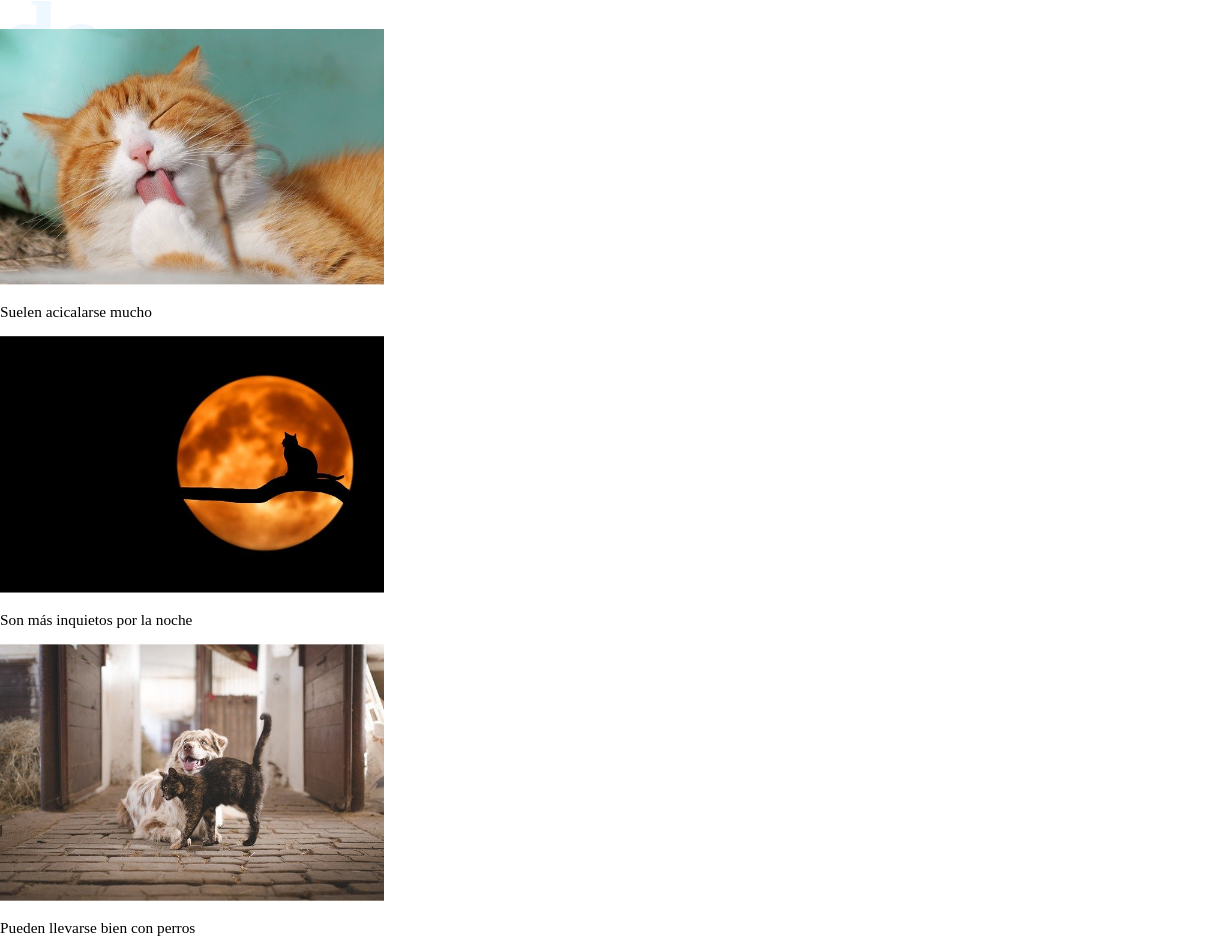
Repository: ScoggoDev/DesarrolloWeb
Page: tarea en equipo 1/tep3/vidadegatos/index.html
The author's editor kept a copy of each file at every save. The page is drawn from the files as they stood at one save, then again after the next save.
The browser window is 1280 px wide. The pictures show the part of the page from y = 520 to 1512 px (the page is 1512 px tall before and 1212 px after), at 96% of full size.
A picture or video elsewhere on the page could not be fetched, so the positions and the page height are approximate. Backgrounds fixed to the window are drawn as part of the page.

Above is the page before, as saved 2021-07-14 20:49:31.

### tarea en equipo 1/tep3/vidadegatos/index.html
<!DOCTYPE html>
<html lang="en">
<head>
    <meta charset="UTF-8">
    <meta http-equiv="X-UA-Compatible" content="IE=edge">
    <meta name="viewport" content="width=device-width, initial-scale=1.0">
    <title>Vida de gatos</title>
    <link rel="stylesheet" href="css/estilos.css">

</head>
<body>
    <div class="encabezado">
        <img src="images/cat1.jpg" alt="">
        <h1 class="titulo">Vida de gatos</h1>
    </div>
    <div class="medio">
        <div class="column">
        <div class="contenedor-img">
            <img class = "foto" src="images/medio1.jpg" alt="">
            <div class="text-block">

                <p>Suelen acicalarse mucho</p>
              </div>
            </div>
        </div>

        <div class="column">
        <div class="contenedor-img">
            <img class = "foto" src="images/medio3.jpg" alt="">
            <div class="text-block-different text-block">

                <p>Son más inquietos por la noche</p>
              </div>
            </div>
        </div>
        <div class="column">
        <div class="contenedor-img">
            <img class = "foto" src="images/medio2.jpg" alt="">
            <div class="text-block">

                <p>Pueden llevarse bien con perros</p>
              </div>
            </div>
        </div>



    </div>

</body>
</html>

### tarea en equipo 1/tep3/vidadegatos/css/estilos.css

.encabezado{
    background-image: url(images/cat1.jpg);
    height: 500px;
    width: 100px;
    background-position: center center;
    background-repeat: no-repeat;
    background-attachment: fixed;
    background-size: cover;
}
body{
    margin: 0px;
}
.titulo{
    text-align: center;
    color: aliceblue;
    font-size: 80pt;
    /*completar*/
}

.foto{
    max-width:400px;
}

.medio{
    display: block;
    padding-top: 50px;
    /*completar*/

}

.contenedor-img{
   /*completar*/

}

.text-block {
  /*completar*/
}
.text-block-different{
    background-color:white;
    color:black;
}

After the next save:
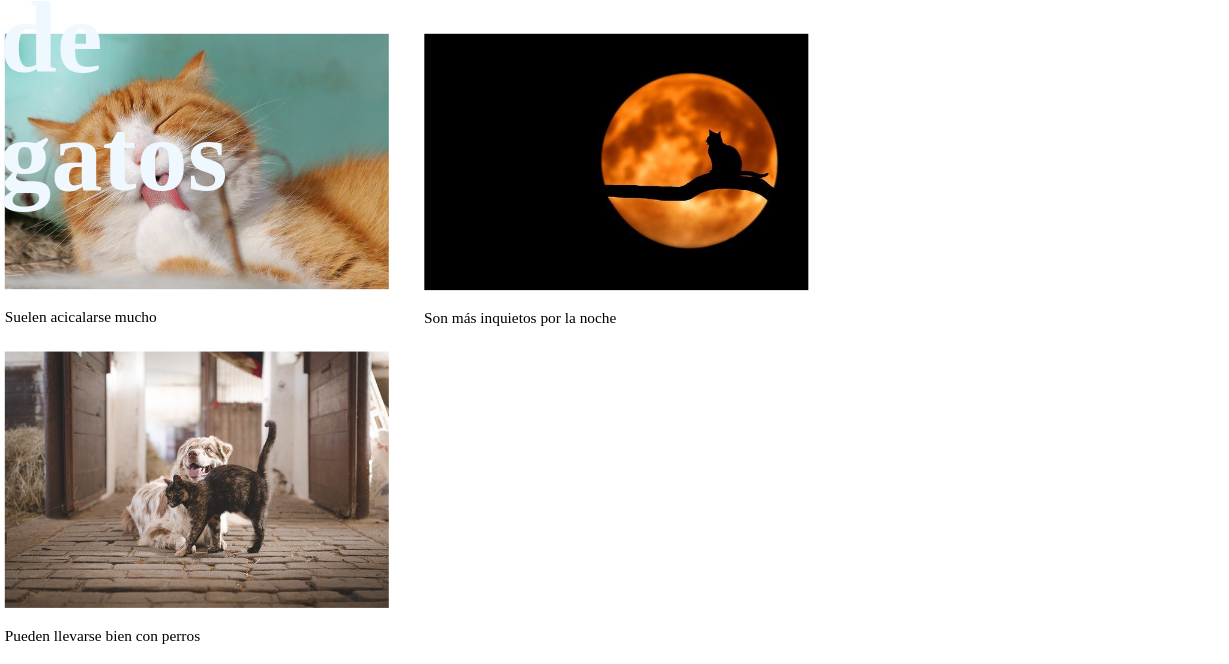
Saved 18 s later.
--- a/tarea en equipo 1/tep3/vidadegatos/css/estilos.css
+++ b/tarea en equipo 1/tep3/vidadegatos/css/estilos.css
@@ -41,3 +41,9 @@ body{
     background-color:white;
     color:black;
 }
+
+.column {
+    float: left;
+    width: 33.33%;
+    padding: 5px;
+  }
